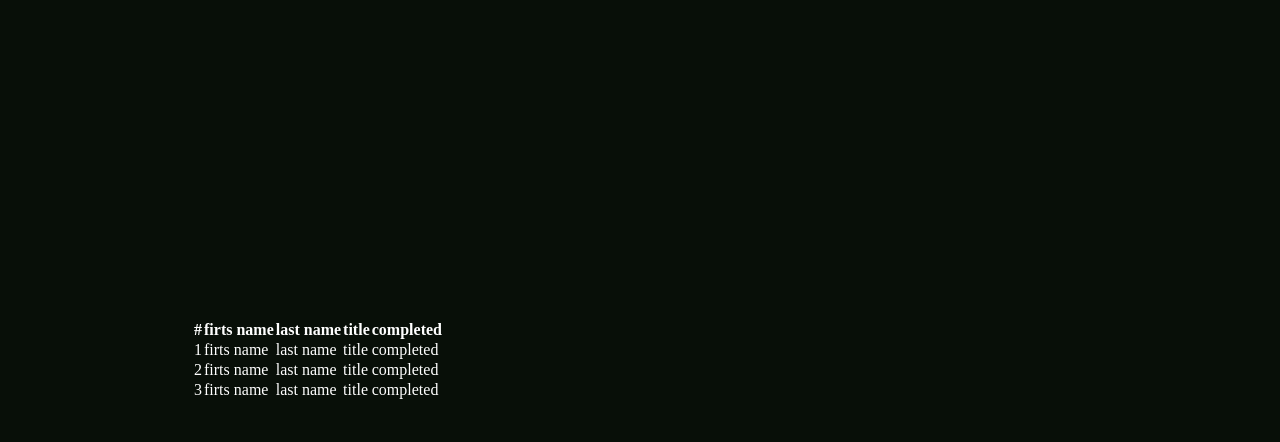
Repository: beva3/myCodepen
Page: table/index.html
An editor plug-in stored every save of this project. The page is shown before and after the next save, followed by the edit.
The browser window is 1280 px wide. The pictures show the whole page.

Above is the page before, as saved 2024-05-11 10:53:29.

### table/index.html
<!DOCTYPE html>
<html lang="en">
<head>
    <meta charset="UTF-8">
    <link rel="stylesheet" href="style.css">
    <meta name="viewport" content="width=device-width, initial-scale=1.0">
    <title>tableau</title>
</head>
<body>
    <section class="content">
        <table>
            <thead>
                <tr>
                   <th>#</th>
                   <th>firts name</th>
                   <th>last name</th>
                   <th>title</th>
                   <th>completed</th>
                </tr>
            </thead>
            <tbody>
                <tr>
                    <td>1</td>
                    <td>firts name</td>
                    <td>last name</td>
                    <td>title</td>
                    <td>completed</td>
                </tr>
                <tr>
                    <td>2</td>
                    <td>firts name</td>
                    <td>last name</td>
                    <td>title</td>
                    <td>completed</td>
                </tr>
                <tr>
                    <td>3</td>
                    <td>firts name</td>
                    <td>last name</td>
                    <td>title</td>
                    <td>completed</td>
                </tr>
            </tbody>
        </table>
    </section>
</body>
</html>

### table/style.css
*{
    margin: 0;
    padding: 0;
    box-sizing: border-box;
    color: white;
}
body{
    height: 100vh;
    display: flex;
    justify-content: center;
    align-items: center;
    background: rgb(8, 15, 8);
}
.content{
    border: px solid black;
    width: 70vw;
}

After the next save:
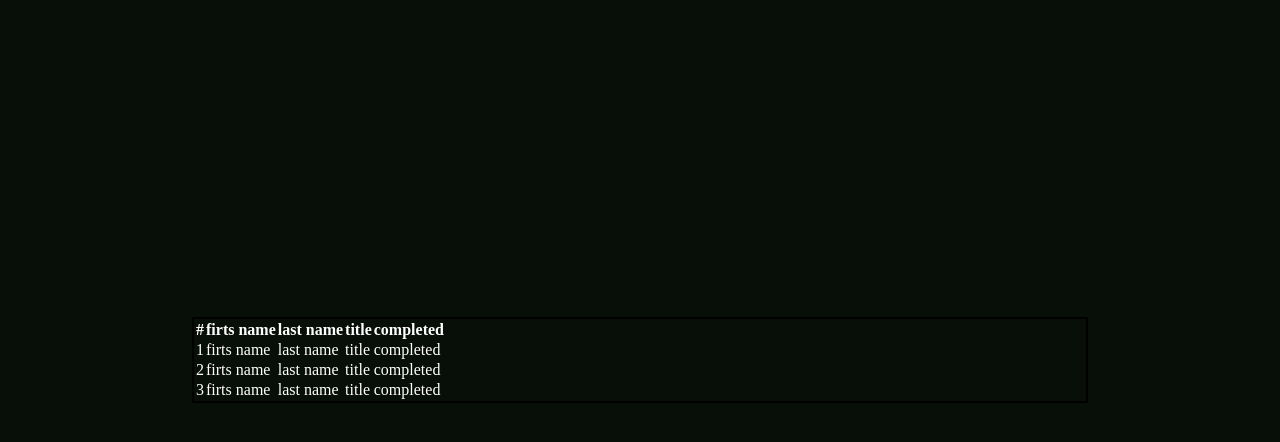
Saved 4 s later.
--- a/table/style.css
+++ b/table/style.css
@@ -12,6 +12,6 @@ body{
     background: rgb(8, 15, 8);
 }
 .content{
-    border: px solid black;
+    border: 2px solid black;
     width: 70vw;
 }
